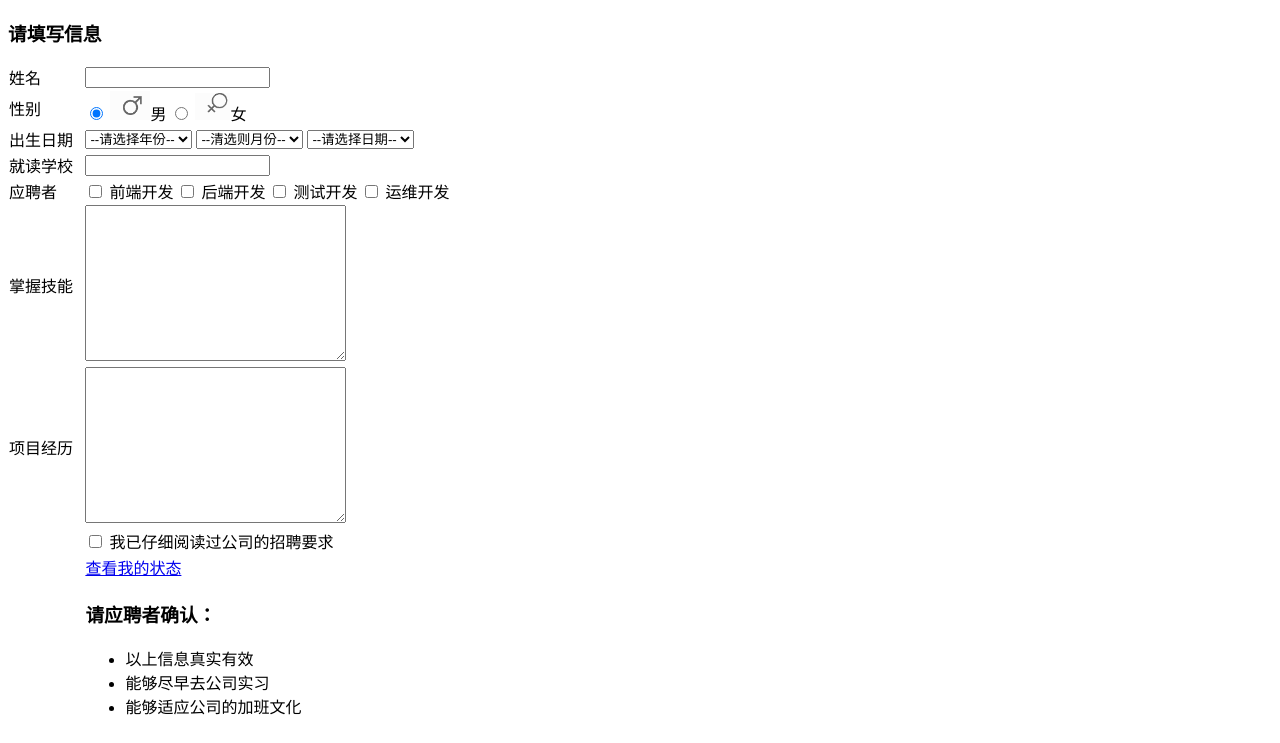
Repository: ls02/VSCode
Page: Java/2022/6-21-1/Test2.html
The author's editor kept a copy of each file at every save. The page is drawn from the files as they stood at one save, then again after the next save.
The browser window is 1280 px wide. The pictures show the whole page.

Above is the page before, as saved 2022-06-21 15:41:49.

After the next save:
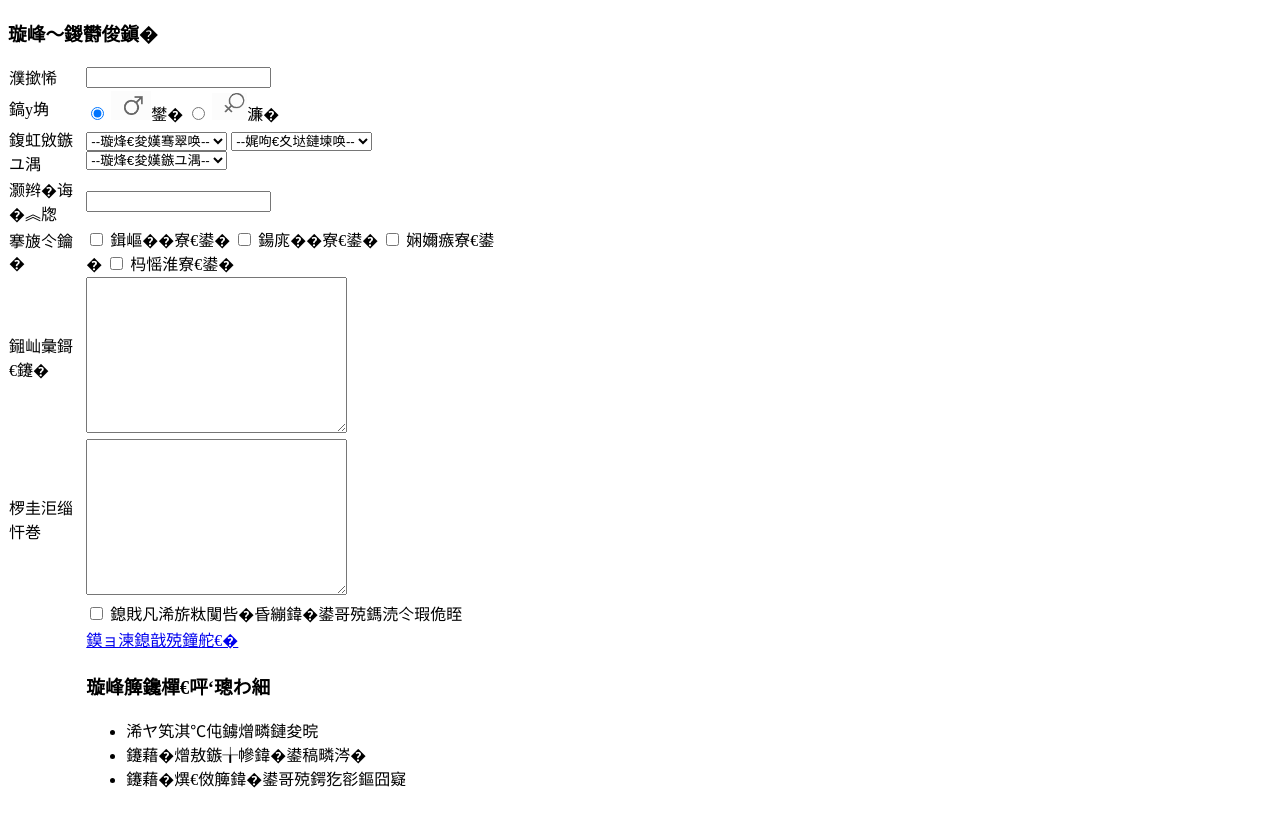
Saved 23 h 52 min later.
--- a/Java/2022/6-21-1/Test2.html
+++ b/Java/2022/6-21-1/Test2.html
@@ -2,7 +2,7 @@
  * @Author: ls02 <2877455773@qq.com>
  * @Date: 2022-06-21 14:55:00
  * @LastEditors: ls02 <2877455773@qq.com>
- * @LastEditTime: 2022-06-21 15:41:38
+ * @LastEditTime: 2022-06-22 15:34:15
  * @FilePath: \Java\2022\6-21-1\Test2.html
  * @Description:
  *
@@ -14,15 +14,15 @@
     <meta charset="UTF-8">
     <meta http-equiv="X-UA-Compatible" content="IE=edge">
     <meta name="viewport" content="width=device-width, initial-scale=1.0">
-    <title>填写简历信息</title>
+    <title>濉�鍐欑畝鍘嗕俊鎭�</title>
 </head>
 <body>
     <table width="500" cellspacing="0">
-        <h3>请填写信息</h3>
+        <h3>璇峰～鍐欎俊鎭�</h3>
         <tbody>
             <tr>
                 <td>
-                    <label for="name">姓名</label>
+                    <label for="name">濮撳悕</label>
                 </td>
                 <td>
                     <input type="test" id="name">
@@ -30,22 +30,22 @@
             </tr>
             <tr>
                 <td>
-                    性别
+                    鎬у埆
                 </td>
                 <td>
                     <input type="radio" name="sex" id="male" checked="checked">
-                    <label for="male"><img src="./images/man.png" alt="" width="40px">男</label>
+                    <label for="male"><img src="./images/man.png" alt="" width="40px">鐢�</label>
                     <input type="radio" name="sex" id="female">
-                    <label for="female"><img src="./images/woman.png" alt="" width="35px">女</label>
+                    <label for="female"><img src="./images/woman.png" alt="" width="35px">濂�</label>
                 </td>
             </tr>
             <tr>
                 <td>
-                    出生日期
+                    鍑虹敓鏃ユ湡
                 </td>
                 <td>
                     <select>
-                        <option>--请选择年份--</option>
+                        <option>--璇烽€夋嫨骞翠唤--</option>
                         <option>1998</option>
                         <option>1999</option>
                         <option>2001</option>
@@ -58,7 +58,7 @@
                         <option>2008</option>
                     </select>
                     <select>
-                        <option>--清选则月份--</option>
+                        <option>--娓呴€夊垯鏈堜唤--</option>
                         <option vlaue="">1</option>
                         <option vlaue="">2</option>
                         <option vlaue="">3</option>
@@ -73,7 +73,7 @@
                         <option vlaue="">12</option>
                     </select>
                     <select>
-                        <option>--请选择日期--</option>
+                        <option>--璇烽€夋嫨鏃ユ湡--</option>
                         <option vlaue="">1</option>
                         <option vlaue="">2</option>
                         <option vlaue="">3</option>
@@ -110,7 +110,7 @@
             </tr>
             <tr>
                 <td>
-                    就读学校
+                    灏辫�诲�︽牎
                 </td>
                 <td>
                     <input type="test">
@@ -118,22 +118,22 @@
             </tr>
             <tr>
                 <td>
-                    应聘者
+                    搴旇仒鑰�
                 </td>
                 <td>
                     <input type="checkbox" id="frontend">
-                    <label for="frontend">前端开发</label>
+                    <label for="frontend">鍓嶇��寮€鍙�</label>
                     <input type="checkbox" id="backend">
-                    <label for="backend">后端开发</label>
+                    <label for="backend">鍚庣��寮€鍙�</label>
                     <input type="checkbox" id="qa">
-                    <label for="qa">测试开发</label>
+                    <label for="qa">娴嬭瘯寮€鍙�</label>
                     <input type="checkbox" id="op">
-                    <label for="op">运维开发</label>
+                    <label for="op">杩愮淮寮€鍙�</label>
                 </td>
             </tr>
             <tr>
                 <td>
-                    掌握技能
+                    鎺屾彙鎶€鑳�
                 </td>
                 <td>
                     <textarea name="" id="" cols="30" rows="10"></textarea>
@@ -141,7 +141,7 @@
             </tr>
             <tr>
                 <td>
-                    项目经历
+                    椤圭洰缁忓巻
                 </td>
                 <td>
                     <textarea name="" id="" cols="30" rows="10"></textarea>
@@ -151,23 +151,23 @@
                 <td></td>
                 <td>
                     <input type="checkbox" id="lisence">
-                    <label for="lisence">我已仔细阅读过公司的招聘要求</label>
+                    <label for="lisence">鎴戝凡浠旂粏闃呰�昏繃鍏�鍙哥殑鎷涜仒瑕佹眰</label>
                 </td>
             </tr>
             <tr>
                 <td></td>
                 <td>
-                    <a href="#">查看我的状态</a>
+                    <a href="#">鏌ョ湅鎴戠殑鐘舵€�</a>
                 </td>
             </tr>
             <tr>
                 <td></td>
                 <td>
-                    <h3>请应聘者确认：</h3>
+                    <h3>璇峰簲鑱樿€呯‘璁わ細</h3>
                     <ul>
-                        <li>以上信息真实有效</li>
-                        <li>能够尽早去公司实习</li>
-                        <li>能够适应公司的加班文化</li>
+                        <li>浠ヤ笂淇℃伅鐪熷疄鏈夋晥</li>
+                        <li>鑳藉�熷敖鏃╁幓鍏�鍙稿疄涔�</li>
+                        <li>鑳藉�熼€傚簲鍏�鍙哥殑鍔犵彮鏂囧寲</li>
                     </ul>
                 </td>
             </tr>

After the save that followed:
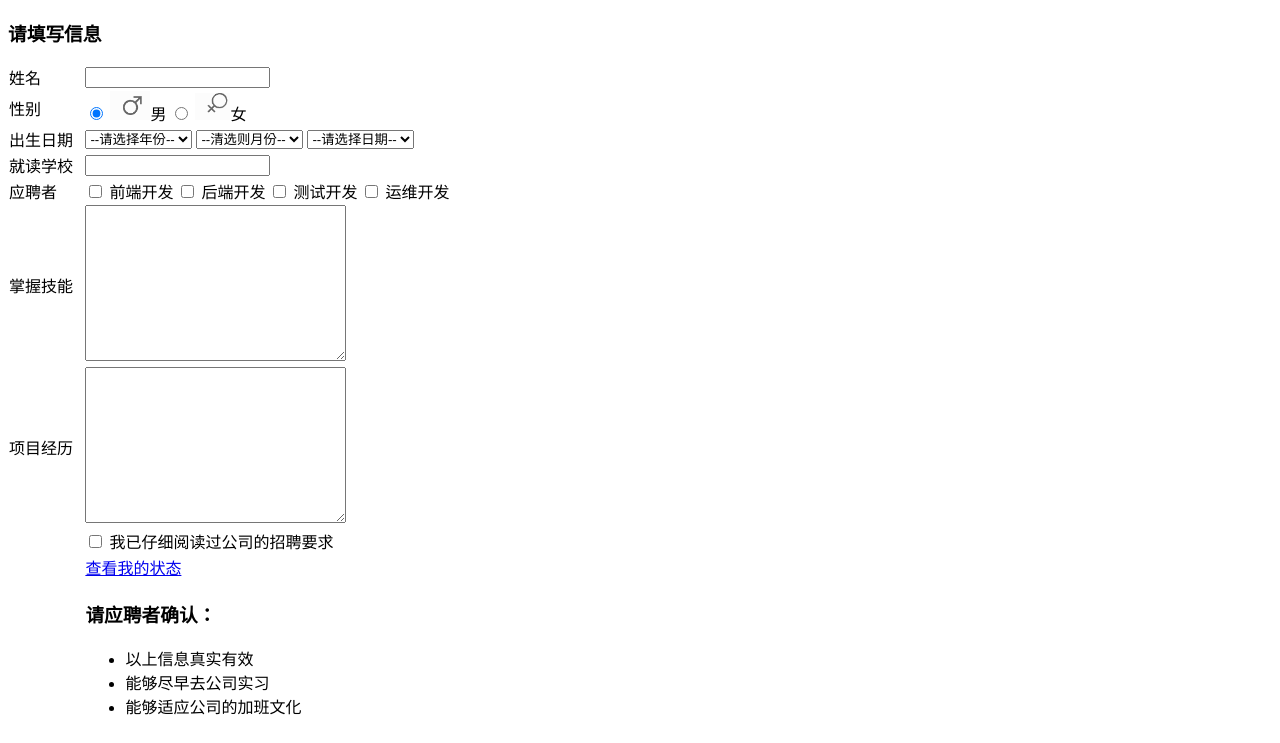
Saved 35 s later.
--- a/Java/2022/6-21-1/Test2.html
+++ b/Java/2022/6-21-1/Test2.html
@@ -2,7 +2,7 @@
  * @Author: ls02 <2877455773@qq.com>
  * @Date: 2022-06-21 14:55:00
  * @LastEditors: ls02 <2877455773@qq.com>
- * @LastEditTime: 2022-06-22 15:34:15
+ * @LastEditTime: 2022-06-21 15:41:38
  * @FilePath: \Java\2022\6-21-1\Test2.html
  * @Description:
  *
@@ -14,15 +14,15 @@
     <meta charset="UTF-8">
     <meta http-equiv="X-UA-Compatible" content="IE=edge">
     <meta name="viewport" content="width=device-width, initial-scale=1.0">
-    <title>濉�鍐欑畝鍘嗕俊鎭�</title>
+    <title>填写简历信息</title>
 </head>
 <body>
     <table width="500" cellspacing="0">
-        <h3>璇峰～鍐欎俊鎭�</h3>
+        <h3>请填写信息</h3>
         <tbody>
             <tr>
                 <td>
-                    <label for="name">濮撳悕</label>
+                    <label for="name">姓名</label>
                 </td>
                 <td>
                     <input type="test" id="name">
@@ -30,22 +30,22 @@
             </tr>
             <tr>
                 <td>
-                    鎬у埆
+                    性别
                 </td>
                 <td>
                     <input type="radio" name="sex" id="male" checked="checked">
-                    <label for="male"><img src="./images/man.png" alt="" width="40px">鐢�</label>
+                    <label for="male"><img src="./images/man.png" alt="" width="40px">男</label>
                     <input type="radio" name="sex" id="female">
-                    <label for="female"><img src="./images/woman.png" alt="" width="35px">濂�</label>
+                    <label for="female"><img src="./images/woman.png" alt="" width="35px">女</label>
                 </td>
             </tr>
             <tr>
                 <td>
-                    鍑虹敓鏃ユ湡
+                    出生日期
                 </td>
                 <td>
                     <select>
-                        <option>--璇烽€夋嫨骞翠唤--</option>
+                        <option>--请选择年份--</option>
                         <option>1998</option>
                         <option>1999</option>
                         <option>2001</option>
@@ -58,7 +58,7 @@
                         <option>2008</option>
                     </select>
                     <select>
-                        <option>--娓呴€夊垯鏈堜唤--</option>
+                        <option>--清选则月份--</option>
                         <option vlaue="">1</option>
                         <option vlaue="">2</option>
                         <option vlaue="">3</option>
@@ -73,7 +73,7 @@
                         <option vlaue="">12</option>
                     </select>
                     <select>
-                        <option>--璇烽€夋嫨鏃ユ湡--</option>
+                        <option>--请选择日期--</option>
                         <option vlaue="">1</option>
                         <option vlaue="">2</option>
                         <option vlaue="">3</option>
@@ -110,7 +110,7 @@
             </tr>
             <tr>
                 <td>
-                    灏辫�诲�︽牎
+                    就读学校
                 </td>
                 <td>
                     <input type="test">
@@ -118,22 +118,22 @@
             </tr>
             <tr>
                 <td>
-                    搴旇仒鑰�
+                    应聘者
                 </td>
                 <td>
                     <input type="checkbox" id="frontend">
-                    <label for="frontend">鍓嶇��寮€鍙�</label>
+                    <label for="frontend">前端开发</label>
                     <input type="checkbox" id="backend">
-                    <label for="backend">鍚庣��寮€鍙�</label>
+                    <label for="backend">后端开发</label>
                     <input type="checkbox" id="qa">
-                    <label for="qa">娴嬭瘯寮€鍙�</label>
+                    <label for="qa">测试开发</label>
                     <input type="checkbox" id="op">
-                    <label for="op">杩愮淮寮€鍙�</label>
+                    <label for="op">运维开发</label>
                 </td>
             </tr>
             <tr>
                 <td>
-                    鎺屾彙鎶€鑳�
+                    掌握技能
                 </td>
                 <td>
                     <textarea name="" id="" cols="30" rows="10"></textarea>
@@ -141,7 +141,7 @@
             </tr>
             <tr>
                 <td>
-                    椤圭洰缁忓巻
+                    项目经历
                 </td>
                 <td>
                     <textarea name="" id="" cols="30" rows="10"></textarea>
@@ -151,23 +151,23 @@
                 <td></td>
                 <td>
                     <input type="checkbox" id="lisence">
-                    <label for="lisence">鎴戝凡浠旂粏闃呰�昏繃鍏�鍙哥殑鎷涜仒瑕佹眰</label>
+                    <label for="lisence">我已仔细阅读过公司的招聘要求</label>
                 </td>
             </tr>
             <tr>
                 <td></td>
                 <td>
-                    <a href="#">鏌ョ湅鎴戠殑鐘舵€�</a>
+                    <a href="#">查看我的状态</a>
                 </td>
             </tr>
             <tr>
                 <td></td>
                 <td>
-                    <h3>璇峰簲鑱樿€呯‘璁わ細</h3>
+                    <h3>请应聘者确认：</h3>
                     <ul>
-                        <li>浠ヤ笂淇℃伅鐪熷疄鏈夋晥</li>
-                        <li>鑳藉�熷敖鏃╁幓鍏�鍙稿疄涔�</li>
-                        <li>鑳藉�熼€傚簲鍏�鍙哥殑鍔犵彮鏂囧寲</li>
+                        <li>以上信息真实有效</li>
+                        <li>能够尽早去公司实习</li>
+                        <li>能够适应公司的加班文化</li>
                     </ul>
                 </td>
             </tr>
